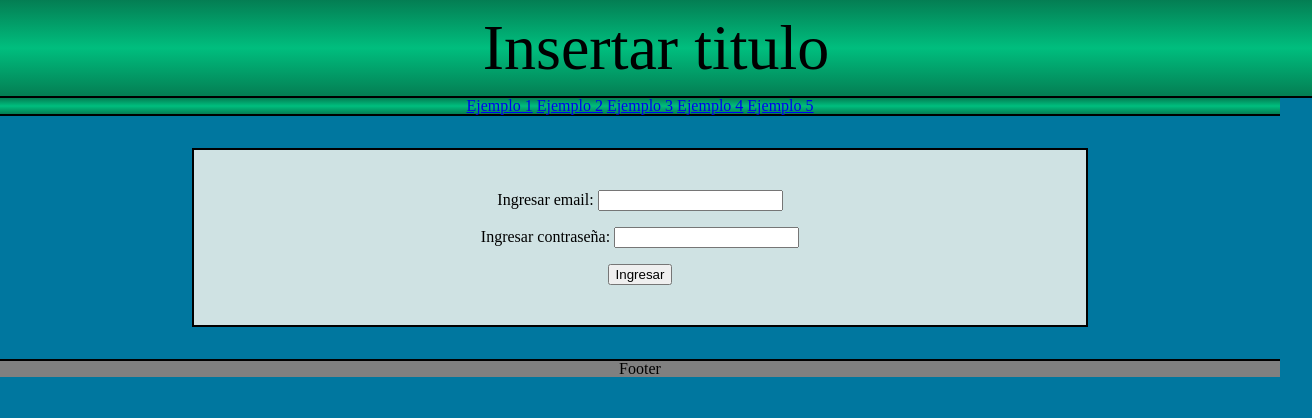
Repository: FacundoKinderknecht/Parcial-2-LPPA
Page: login/login.html
An editor plug-in stored every save of this project. The page is shown before and after the next save, followed by the edit.
The browser window is 1280 px wide. The page is 1312 px wide, so the pictures cover 1312 px, including what lies to the right of the window. The pictures show the whole page.

Above is the page before, as saved 2022-07-06 10:22:28.

After the next save:
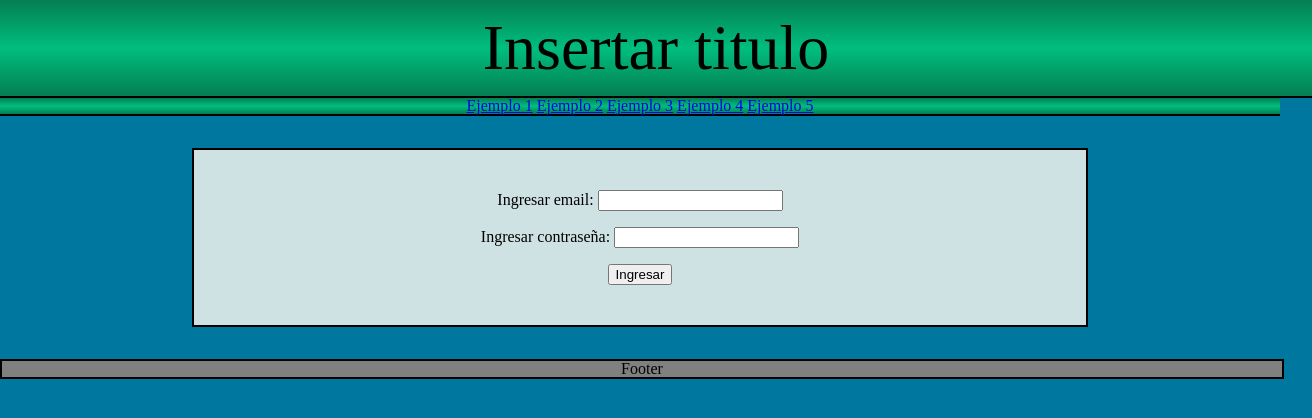
Saved 20 s later.
--- a/login/login.css
+++ b/login/login.css
@@ -36,7 +36,7 @@ div{
     padding: 0.5rem;
 }
 footer{
-    border-top: 2px solid black;
+    border: 2px solid black;
     background-color: grey;
     bottom: 0;
     width: 100%;
